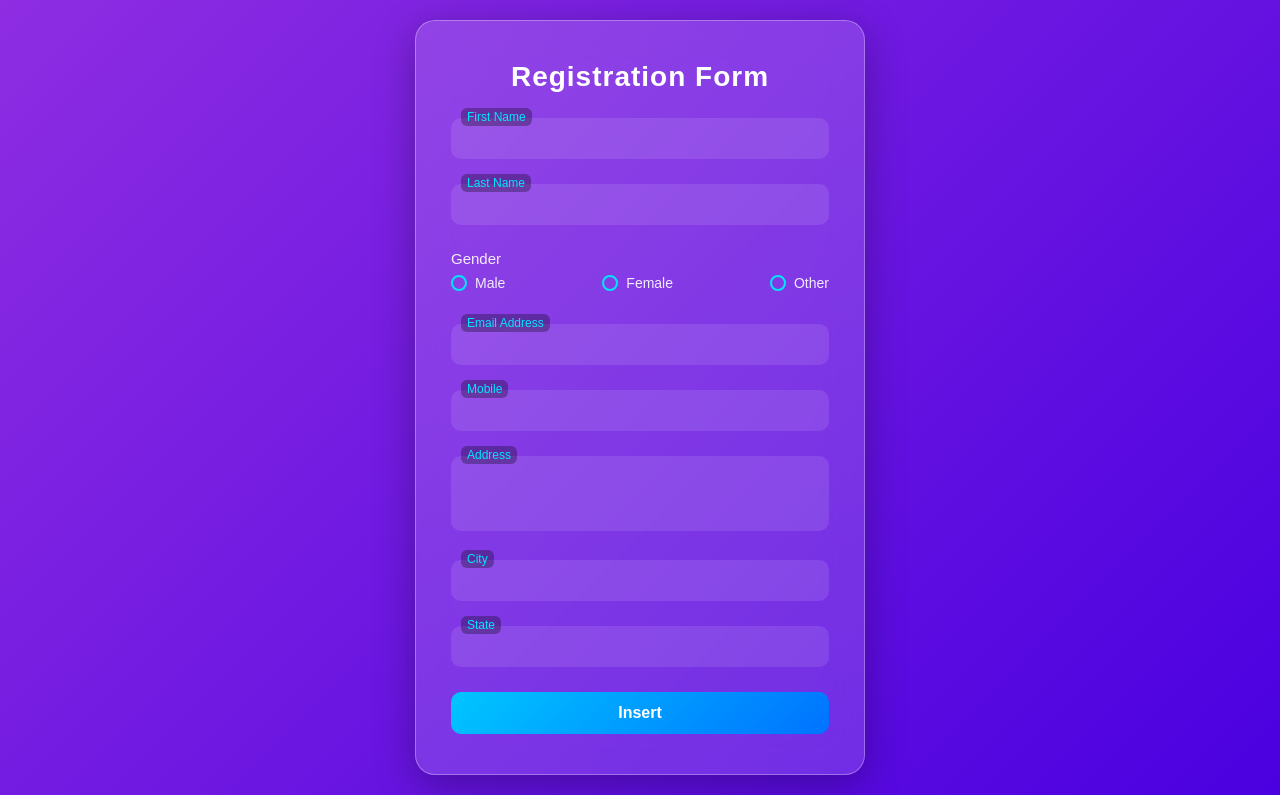
Repository: Pintu-6545/Java_Programming
Page: http://localhost/Employee_Data/
These files come from the project's save history. The page is drawn as it stood at one moment and after the next save; the edit follows.
The browser window is 1280 px wide. The pictures show the whole page.
The page is served by Tomcat 10.

Above is the page before, as saved 2025-11-01 08:53:31.

After the next save:
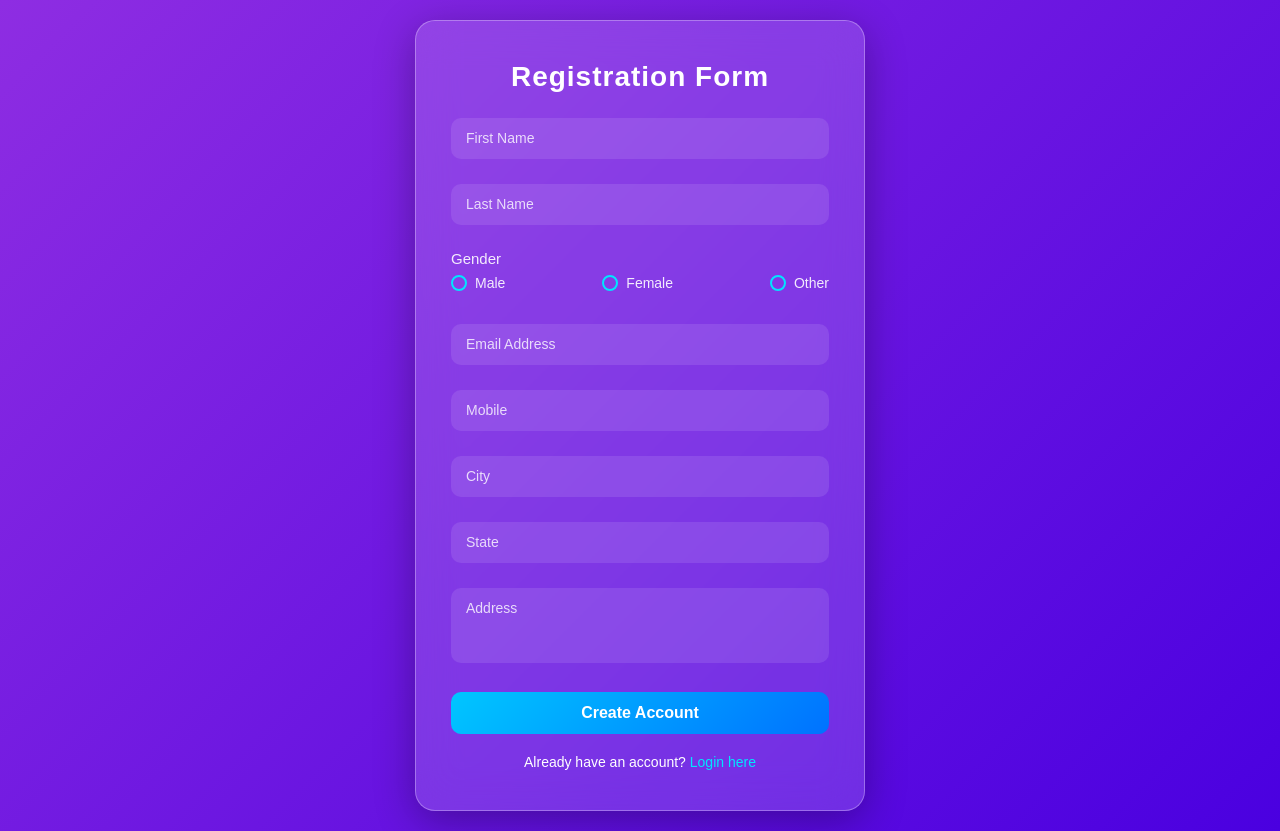
Saved 3 min 34 s later.
--- a/Online Employeement Management System/Employee_Data/src/main/webapp/index.jsp
+++ b/Online Employeement Management System/Employee_Data/src/main/webapp/index.jsp
@@ -226,55 +226,58 @@
 <body>
   <div class="form-container">
     <h2>Registration Form</h2>
-    <form name="frm" method="post" action="EmployeeController">
-      <div class="form-group">
-        <input type="text" id="first" name="f1"  />
+    <form action="register" method="post">
+      <div class="form-group">
+        <input type="text" id="first" name="f1" required />
         <label for="first">First Name</label>
       </div>
 
       <div class="form-group">
-        <input type="text" id="last" name="l1" />
+        <input type="text" id="last" name="l1" required />
         <label for="last">Last Name</label>
       </div>
 
       <div class="gender-group">
         <label>Gender</label>
         <div class="gender-options">
-          <label><input type="radio" name="gender" value="male" /> Male</label>
-          <label><input type="radio" name="gender" value="female"  /> Female</label>
-          <label><input type="radio" name="gender" value="other"  /> Other</label>
+          <label><input type="radio" name="gender" value="male" required /> Male</label>
+          <label><input type="radio" name="gender" value="female" required /> Female</label>
+          <label><input type="radio" name="gender" value="other" required /> Other</label>
         </div>
       </div>
 
       <div class="form-group">
-        <input type="email" id="email" name="e1" />
+        <input type="email" id="email" name="e1" required />
         <label for="email">Email Address</label>
       </div>
 
       <div class="form-group">
-        <input type="text" id="phone" name="m1" />
+        <input type="text" id="phone" name="m1" required />
         <label for="phone">Mobile</label>
       </div>
 
-	 <div class="form-group">
-        <textarea id="address" name="a1" rows="3" ></textarea>
+      <div class="form-group">
+        <input type="text" id="city" name="c1" required />
+        <label for="city">City</label>
+      </div>
+
+      <div class="form-group">
+        <input type="text" id="state" name="s1" required />
+        <label for="state">State</label>
+      </div>
+
+      <!-- ===== ADDRESS TEXTAREA ===== -->
+      <div class="form-group">
+        <textarea id="address" name="a1" rows="3" required></textarea>
         <label for="address">Address</label>
       </div>
 
-      <div class="form-group">
-        <input type="text" id="city" name="c1" />
-        <label for="city">City</label>
-      </div>
-
-      <div class="form-group">
-        <input type="text" id="state" name="s1" />
-        <label for="state">State</label>
-      </div>
-
-      <input type="submit" class="btn" name="action" value="Insert" />
+      <button type="submit" class="btn">Create Account</button>
     </form>
 
-
+    <div class="form-footer">
+      Already have an account? <a href="#">Login here</a>
+    </div>
   </div>
 </body>
 </html>

After the save that followed:
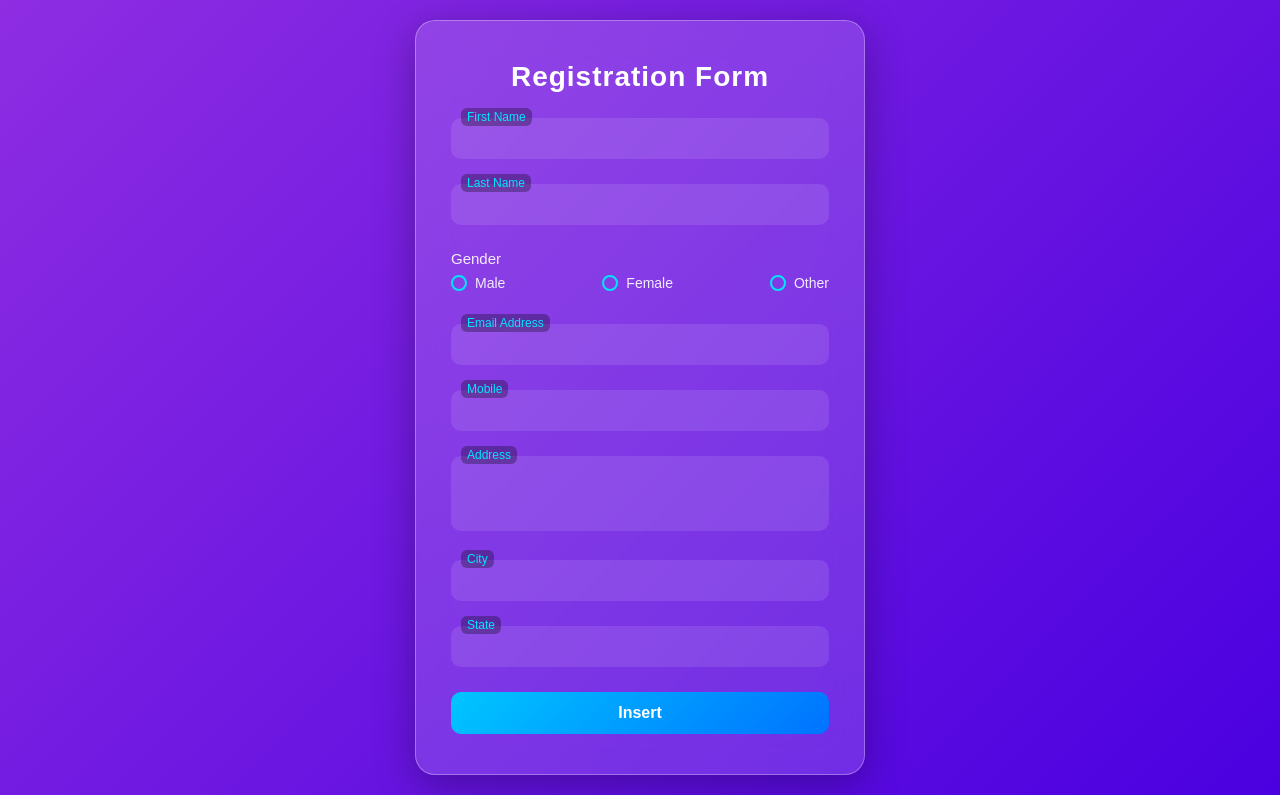
Saved 113 s later.
--- a/Online Employeement Management System/Employee_Data/src/main/webapp/index.jsp
+++ b/Online Employeement Management System/Employee_Data/src/main/webapp/index.jsp
@@ -226,58 +226,55 @@
 <body>
   <div class="form-container">
     <h2>Registration Form</h2>
-    <form action="register" method="post">
-      <div class="form-group">
-        <input type="text" id="first" name="f1" required />
+    <form name="frm" method="post" action="EmployeeController">
+      <div class="form-group">
+        <input type="text" id="first" name="f1"  />
         <label for="first">First Name</label>
       </div>
 
       <div class="form-group">
-        <input type="text" id="last" name="l1" required />
+        <input type="text" id="last" name="l1" />
         <label for="last">Last Name</label>
       </div>
 
       <div class="gender-group">
         <label>Gender</label>
         <div class="gender-options">
-          <label><input type="radio" name="gender" value="male" required /> Male</label>
-          <label><input type="radio" name="gender" value="female" required /> Female</label>
-          <label><input type="radio" name="gender" value="other" required /> Other</label>
+          <label><input type="radio" name="gender" value="male" /> Male</label>
+          <label><input type="radio" name="gender" value="female"  /> Female</label>
+          <label><input type="radio" name="gender" value="other"  /> Other</label>
         </div>
       </div>
 
       <div class="form-group">
-        <input type="email" id="email" name="e1" required />
+        <input type="email" id="email" name="e1" />
         <label for="email">Email Address</label>
       </div>
 
       <div class="form-group">
-        <input type="text" id="phone" name="m1" required />
+        <input type="text" id="phone" name="m1" />
         <label for="phone">Mobile</label>
       </div>
 
-      <div class="form-group">
-        <input type="text" id="city" name="c1" required />
+	 <div class="form-group">
+        <textarea id="address" name="a1" rows="3" ></textarea>
+        <label for="address">Address</label>
+      </div>
+
+      <div class="form-group">
+        <input type="text" id="city" name="c1" />
         <label for="city">City</label>
       </div>
 
       <div class="form-group">
-        <input type="text" id="state" name="s1" required />
+        <input type="text" id="state" name="s1" />
         <label for="state">State</label>
       </div>
 
-      <!-- ===== ADDRESS TEXTAREA ===== -->
-      <div class="form-group">
-        <textarea id="address" name="a1" rows="3" required></textarea>
-        <label for="address">Address</label>
-      </div>
-
-      <button type="submit" class="btn">Create Account</button>
+      <input type="submit" class="btn" name="action" value="Insert" />
     </form>
 
-    <div class="form-footer">
-      Already have an account? <a href="#">Login here</a>
-    </div>
+
   </div>
 </body>
 </html>
